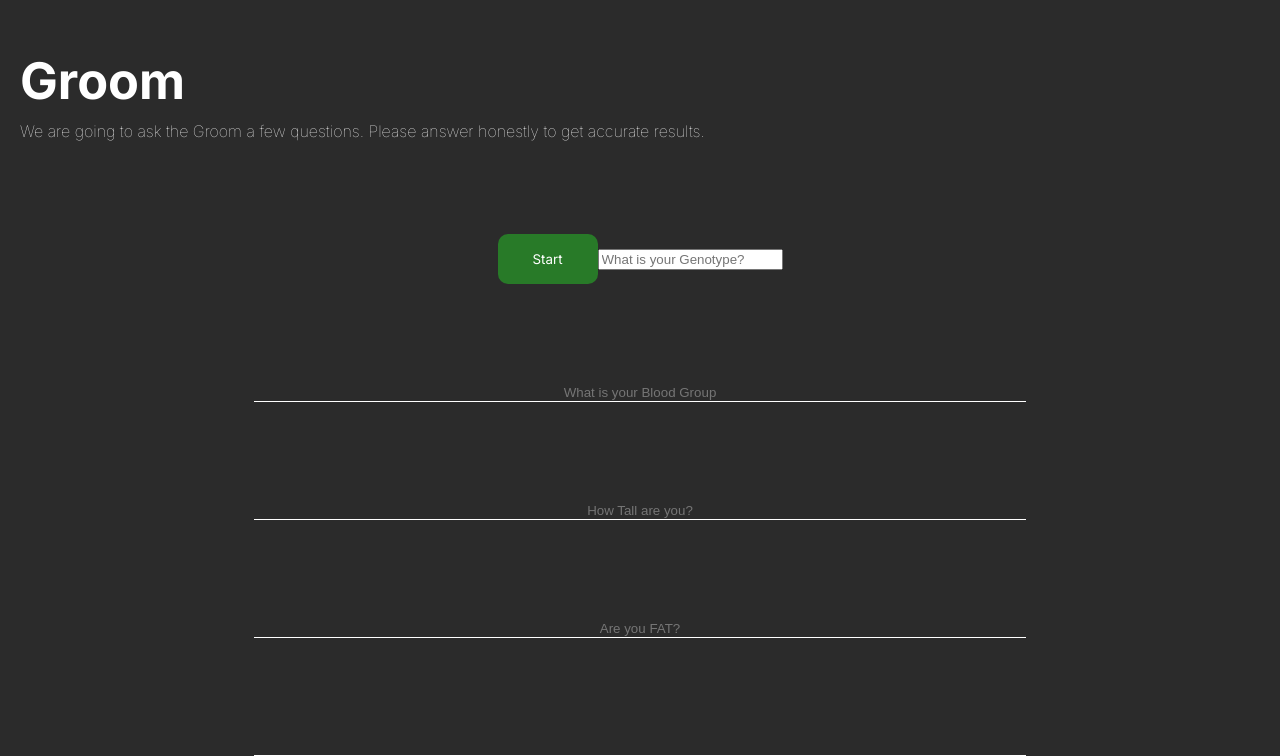
Repository: devhabeeblateef/tictactoe
Page: /
These files come from the project's save history. The page is drawn as it stood at one moment and after the next save; the edit follows.
The browser window is 1280 px wide. The pictures show the whole page.
The project was rebuilt for these pictures with package versions that can differ from the ones it lists, and the page was loaded fresh each time. Also part of the build but not shown: src/App.css.

Above is the page before, as saved 2022-06-17 02:17:41.

After the next save:
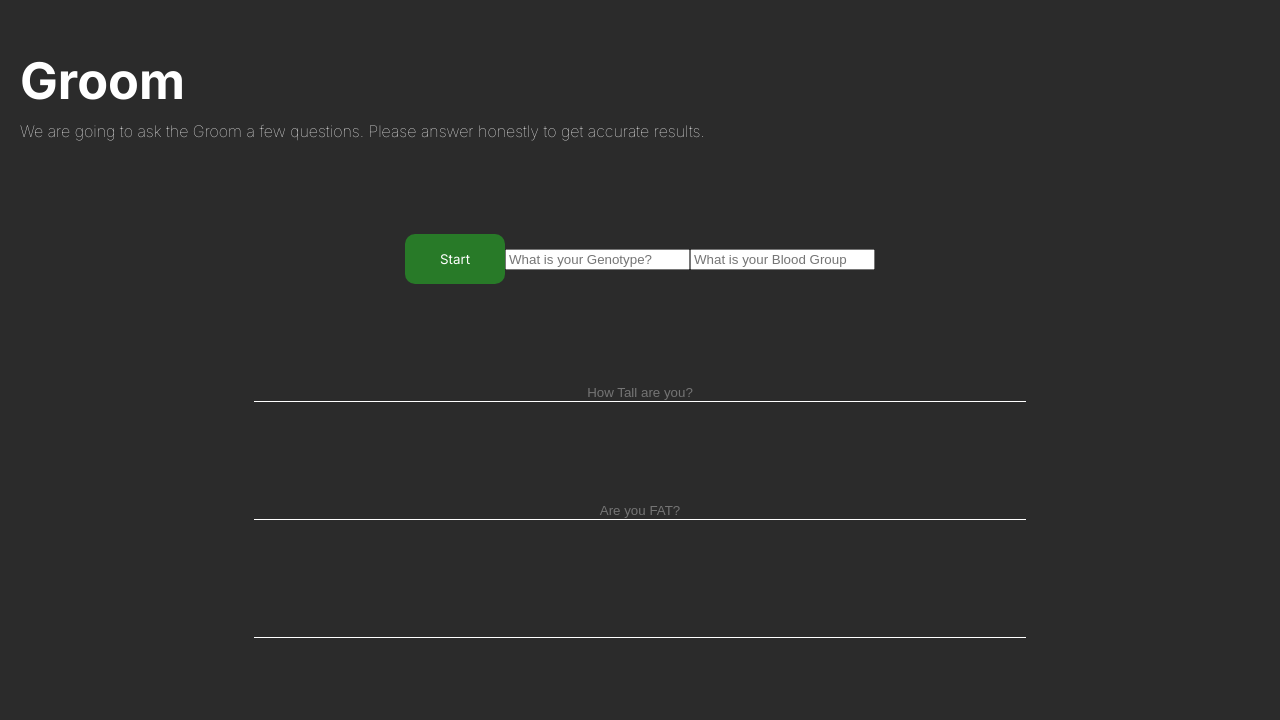
Saved 6 s later.
--- a/src/Form.js
+++ b/src/Form.js
@@ -25,7 +25,7 @@ function Form() {
         {started ? <button onClick={start} className={classes.start}>
         Start</button> : ""}
         <input placeholder={maleQuestions[0]}/>
-        <Myform placeholder={maleQuestions[1]}/>
+        <input placeholder={maleQuestions[1]}/>
         <Myform placeholder={maleQuestions[2]}/>
         <Myform placeholder={maleQuestions[3]}/>
         <Myform placeholder={maleQuestions[4]}/>
